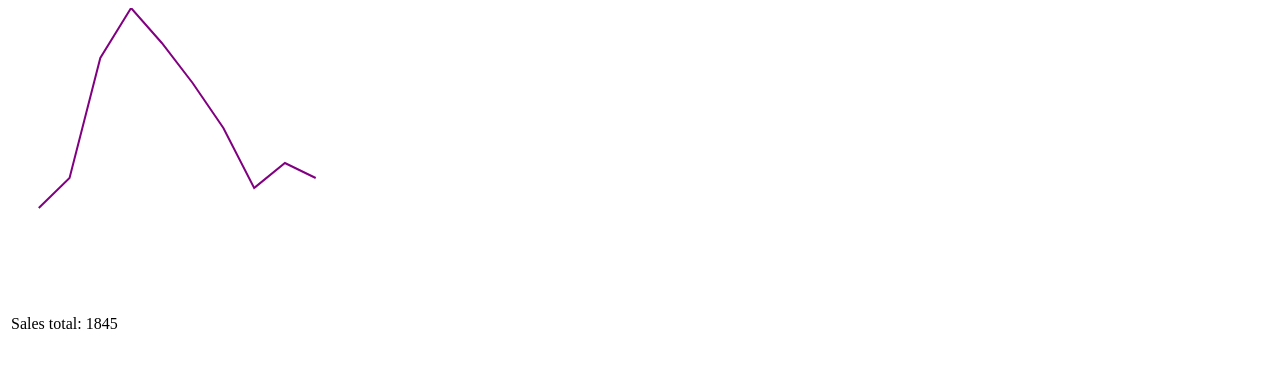
Repository: bevzuk/node.js.samples
Page: d3/5.WorkingWithCSV.html
The author's editor kept a record of every edit. The page is drawn from the files as they stood at one moment, then again after the next edit.
The browser window is 1280 px wide. The pictures show the whole page.

Above is the page before.

After the next edit:
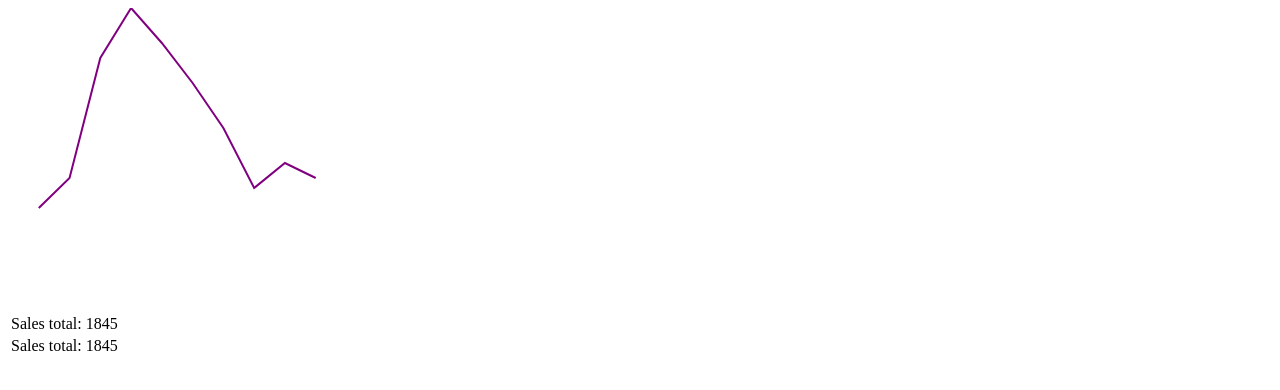
The edit:
--- a/d3/5.WorkingWithCSV.html
+++ b/d3/5.WorkingWithCSV.html
@@ -52,7 +52,7 @@
             metrics.push("Sales total: " + salesTotal);
             metrics.push("Sales avg: " + salesAvg.toFixed(2));
 
-            var tr = t.selectAll("tr").data([1]).enter()
+            var tr = t.selectAll("tr").data(metrics).enter()
                 .append("tr")
                 .append("td")
                 .text("Sales total: " + salesTotal);
